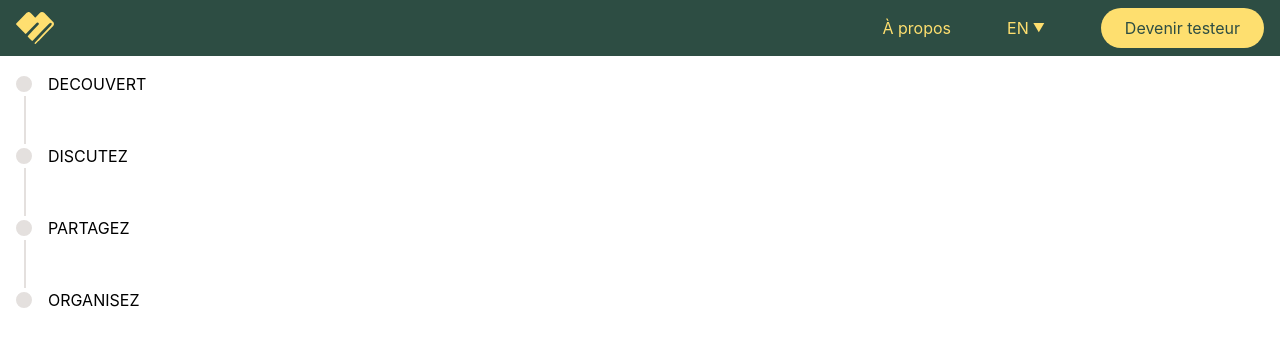
Repository: enas-elm/bookish-landing
Page: /
The author's editor kept a copy of each file at every save. The page is drawn from the files as they stood at one save, then again after a run of saves.
The browser window is 1280 px wide. The pictures show the whole page.
The project was rebuilt for these pictures with package versions that can differ from the ones it lists, and the page was loaded fresh each time.

Above is the page before, as saved 2024-09-11 16:21:09.

After the next 2 saves:
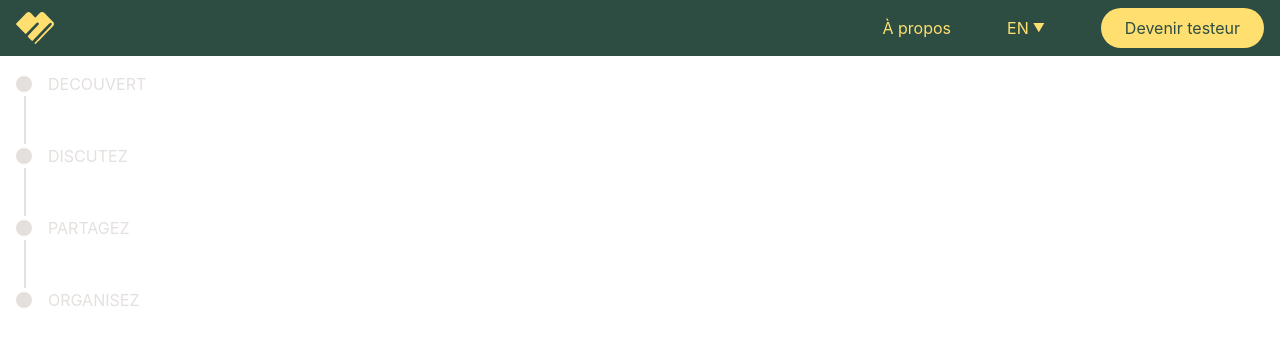
The 2 saves are shown as one change because they came seconds apart.
The last was saved 12 s later.
--- a/src/components/TimeLine.js
+++ b/src/components/TimeLine.js
@@ -33,8 +33,8 @@
             <span
               className={`transition-transform duration-300 text-3xl ${
                 selectedItem === item.id
-                  ? "text-8xl font-bold text-gris"
-                  : "text-base"
+                  ? "text-8xl font-bold "
+                  : "text-base text-gris"
               }`}
             >
               {item.label}

After the 2 saves that followed:
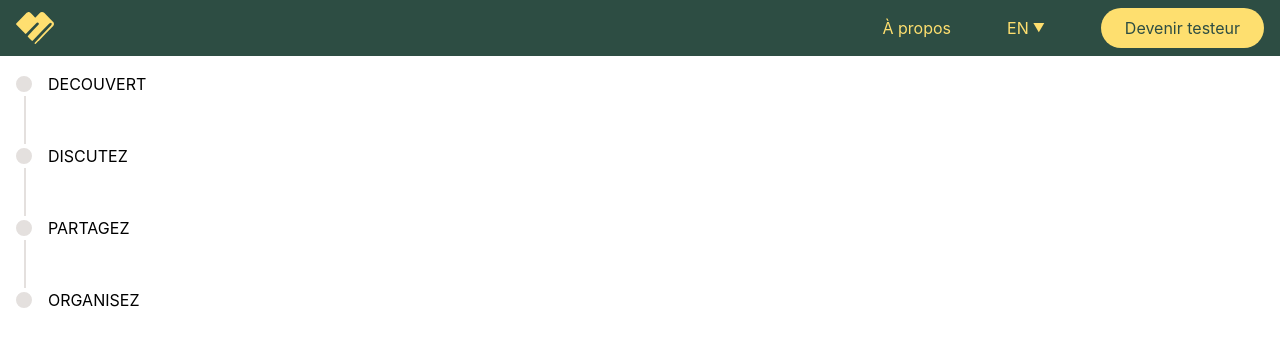
The 2 saves are shown as one change because they came seconds apart.
The last was saved 22 s later.
--- a/src/components/TimeLine.js
+++ b/src/components/TimeLine.js
@@ -34,7 +34,7 @@
               className={`transition-transform duration-300 text-3xl ${
                 selectedItem === item.id
                   ? "text-8xl font-bold "
-                  : "text-base text-gris"
+                  : "text-base bg-gray-700"
               }`}
             >
               {item.label}
